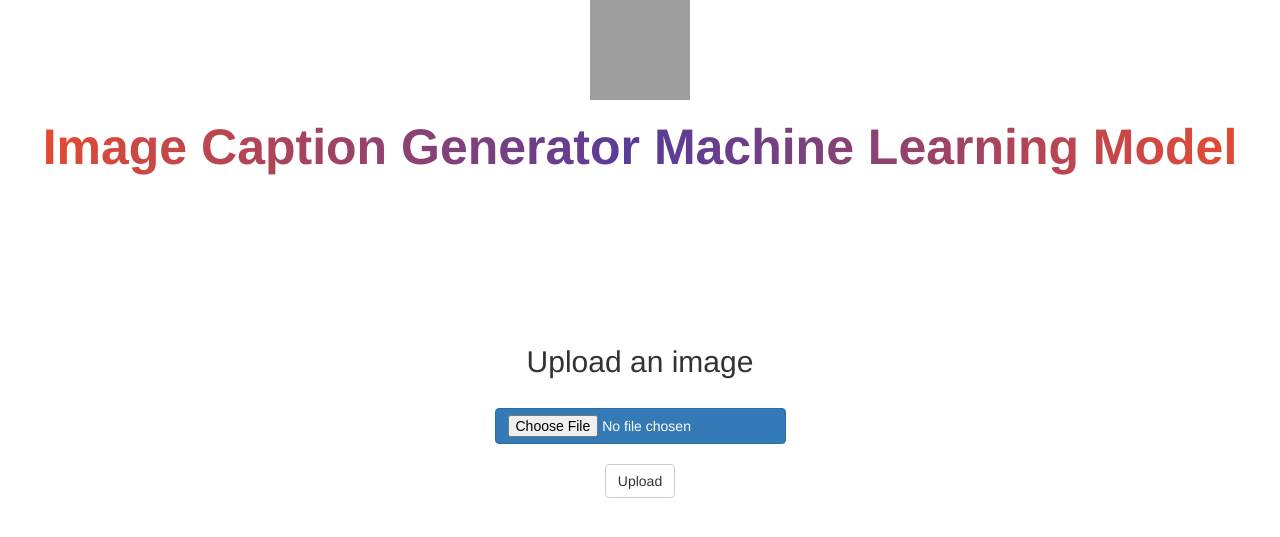
Repository: ornob011/Image-Caption-Interface
Page: http://localhost/
The author's editor kept a copy of each file at every save. The page is drawn from the files as they stood at one save, then again after a run of saves.
The browser window is 1280 px wide. The pictures show the whole page.
Pictures or frames that could not be fetched are drawn as grey boxes. The page is served by the project's application, run on Flask 3 (app.py).

Above is the page before, as saved 2022-12-09 20:31:53.

After the next 3 saves:
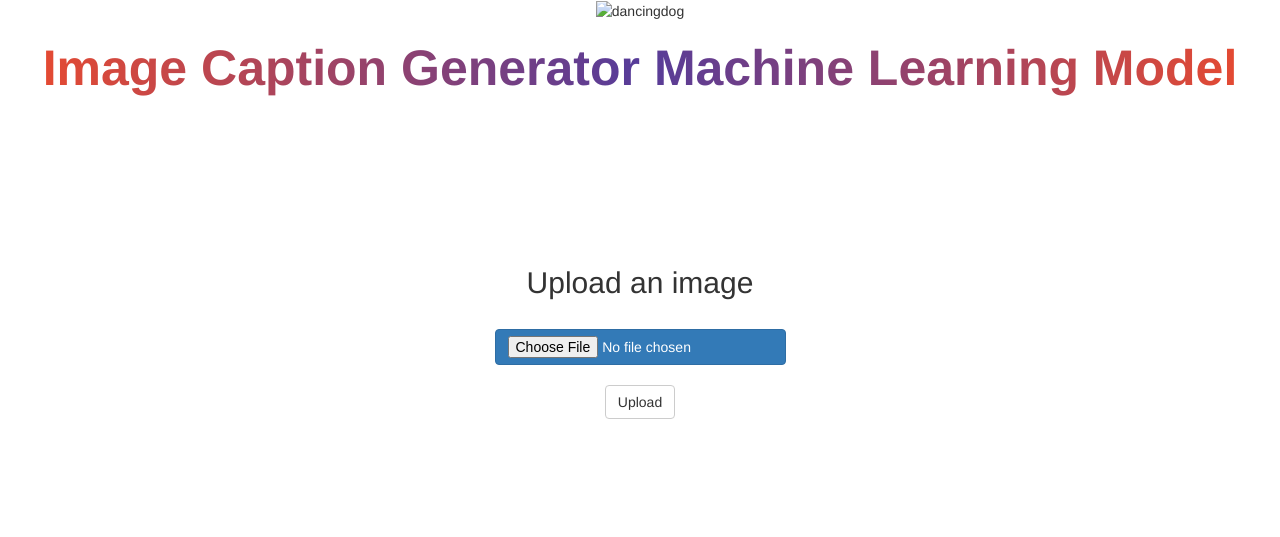
Not found: .a
The 3 saves are shown as one change because they came seconds apart.
The last was saved 9 s later.
--- a/templates/index.html
+++ b/templates/index.html
@@ -30,7 +30,7 @@
 
 <body>
 <center>
-	<img src="ass" alt="dancingdog" height="100" width="100">
+	<img src=".a" alt="dancingdog" height="100" width="100">
   <h1 style="text-align:center;">Image Caption Generator Machine Learning Model</h1>
   </br>
   </br>
